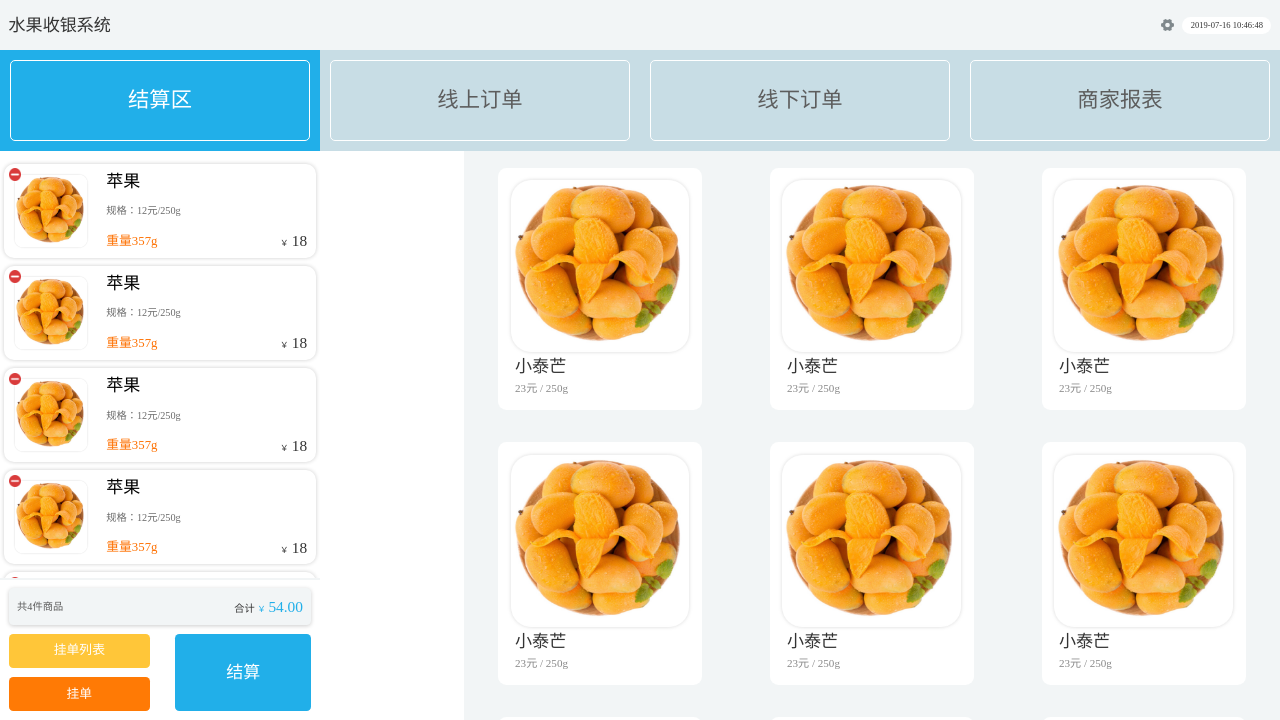
Repository: missing-star/fruit
Page: index.html
An editor plug-in stored every save of this project. The page is shown before and after the next save, followed by the edit.
The browser window is 1280 px wide. The pictures show the whole page.
The page's requests for data from a server got no answer. An inner scrolling area shows only its first screen.

Above is the page before, as saved 2019-07-16 11:55:18.

### index.html
<!DOCTYPE html>
<html lang="en">

<head>
    <meta charset="UTF-8">
    <meta name="viewport" content="width=device-width, initial-scale=1.0">
    <meta http-equiv="X-UA-Compatible" content="ie=edge">
    <title>水果收银系统</title>
    <link rel="stylesheet" href="./css/index.css">
</head>

<body>
    <div id="app" v-cloak>
        <header class="title-bar">
            <p class="title">水果收银系统</p>
            <div class="right-part-show">
                <img @click="showDialog(4)" src="./images/setting.png" alt="设置" class="setting-icon">
                <p class="show-current-time">{{currentTime}}</p>
            </div>
        </header>
        <ul class="category-tab">
            <li class="category-item" :class="{active:currentIndex == 0}" @click="switchTab(0)">
                <p class="category-title">结算区</p>
            </li>
            <li class="category-item" :class="{active:currentIndex == 1}" @click="switchTab(1)">
                <p class="category-title">线上订单</p>
            </li>
            <li class="category-item" :class="{active:currentIndex == 2}" @click="switchTab(2)">
                <p class="category-title">线下订单</p>
            </li>
            <li class="category-item" :class="{active:currentIndex == 3}" @click="switchTab(3)">
                <p class="category-title">商家报表</p>
            </li>
        </ul>
        <!-- 结算区 -->
        <div v-show="currentIndex == 0" class="main-content">
            <div class="operation-wrapper">
                <ul class="goods-list-wrapper">
                    <li v-for="n in 10" class="goods-item">
                        <div class="goods-pic-wrapper">
                            <span class="delete-icon pointer"></span>
                            <img src="./images/goods.png" class="goods-pic">
                        </div>
                        <div class="goods-detail">
                            <p class="goods-title">苹果</p>
                            <p class="goods-spec">规格：12元/250g</p>
                            <p class="goods-money">
                                <span class="goods-weight">重量357g</span>
                                <span class="goods-price">
                                    <i class="money-icon black">￥</i>
                                    <i class="money-number black">18</i>
                                </span>
                            </p>
                        </div>
                    </li>
                </ul>
                <div class="calculator-scope">
                    <div class="show-total-money">
                        <p class="total-title">共4件商品</p>
                        <p class="total-money">
                            <span class="money-title">合计</span>
                            <span class="show-money">
                                <i class="money-icon blue">￥</i>
                                <i class="money-number blue">54.00</i>
                            </span>
                        </p>
                    </div>
                    <div class="operation-group">
                        <div class="left-part">
                            <button @click="showDialog(0)" class="order-list pointer">挂单列表</button>
                            <button class="go-order pointer">挂单</button>
                        </div>
                        <button @click="showDialog(1)" class="right-part pointer">
                            结算
                        </button>
                    </div>
                </div>
            </div>
            <div class="goods-choice-wrapper">
                <ul class="goods-category-wrapper">
                    <li @click="switchSubTab(item.categoryCode)" :class="{active:subCurrentIndex == item.categoryCode}" :key="item.categoryCode" v-for="item in categoryList"
                        class="goods-category-item pointer">
                        {{item.categoryName}}
                    </li>
                </ul>
                <ul class="goods-choice-list">
                    <li v-for="n in 20" class="goods-choice-item">
                        <img src="./images/goods.png" class="goods-show-pic">
                        <p class="goods-desc">
                            <span class="goods-name">小泰芒</span>
                            <span class="price-weight">23元 / 250g</span>
                        </p>
                    </li>
                </ul>
            </div>
        </div>
        <!-- 线上订单 -->
        <div v-show="currentIndex == 1" class="main-content">
            <div class="operation-wrapper">
                <ul class="tab-wrapper">
                    <li @click="switchOnlineTab(0)" :class="{active:onlineCurrentIndex == 0}" class="tab-item pointer">
                        未接单</li>
                    <li @click="switchOnlineTab(1)" :class="{active:onlineCurrentIndex == 1}" class="tab-item pointer">
                        已接单</li>
                </ul>
                <div class="order-list-wrapper">
                    <ul v-show="onlineCurrentIndex == 0" class="accept-wrapper">
                        <li @click="getOrderDetail(0,n)" v-for="n in 20" class="order-item pointer"
                            :class="{active:currentOrder == n && onlineCurrentIndex == 0}">
                            <img src="./images/goods.png" class="order-goods-pic">
                            <div class="order-detail">
                                <p class="order-number">单号：12365425</p>
                                <p class="order-date">2019-05-22 12:22:22</p>
                            </div>
                            <button class="post-way self">自取</button>
                        </li>
                    </ul>
                    <ul v-show="onlineCurrentIndex == 1" class="accept-wrapper">
                        <li @click="getOrderDetail(1,n)" v-for="n in 20" class="order-item pointer"
                            :class="{active:currentOrder == n && onlineCurrentIndex == 1}">
                            <img src="./images/goods.png" class="order-goods-pic">
                            <div class="order-detail">
                                <p class="order-number">单号：12365425</p>
                                <p class="order-date">2019-05-22 12:22:22</p>
                            </div>
                            <button class="post-way post">自取</button>
                        </li>
                    </ul>
                </div>
            </div>
            <div class="order-detail-wrapper">
                <!-- 倒三角 -->
                <div class="triangle"></div>
                <div class="user-info">
                    <div class="user-address info-part">
                        <img src="./images/location.png" class="location">
                        <div class="address-detail">
                            <p class="address">江苏省南京市江宁区泥塘小区2栋1306室</p>
                            <p class="user-detail">张三 13526987415</p>
                        </div>
                    </div>
                    <div class="user-comment info-part">
                        <p class="comment-title">备注</p>
                        <p class="user-detail">多放水果</p>
                    </div>
                </div>
                <ul class="order-detail-goods-list-wrapper">
                    <li v-for="n in 30" class="order-detail-goods-item">
                        <img src="./images/goods.png" class="order-detail-goods-pic">
                        <div class="order-detail-goods-detail">
                            <p class="title">小泰芒500g</p>
                            <p class="number-money">
                                <span class="goods-num">× 1</span>
                                <span class="goods-price">
                                    <i class="money-icon black">￥</i>
                                    <i class="money-number black">18</i>
                                </span>
                            </p>
                        </div>
                    </li>
                </ul>
                <div class="ticket-print-wrapper">
                    <div class="is-in-shop">
                        <div class="checkbox-wrapper">
                            <div class="checkbox-inner"></div>
                        </div>
                        <span class="check-titl">到店自取</span>
                    </div>
                    <div class="right-calculator">
                        <p class="calculator-title">合计</p>
                        <span class="goods-price">
                            <i class="money-icon blue">￥</i>
                            <i class="money-number blue">18</i>
                        </span>
                        <button class="print-action pointer" @click="printTick">打印小票</button>
                    </div>
                </div>
            </div>
        </div>
        <!-- 线下订单 -->
        <div v-show="currentIndex == 2" class="main-content">
            <div class="operation-wrapper">
                <ul class="tab-wrapper">
                    <li @click="switchOfflineTab(0)" :class="{active:offlineCurrentIndex == 0}" class="tab-item pointer">
                        未支付</li>
                    <li @click="switchOfflineTab(1)" :class="{active:offlineCurrentIndex == 1}" class="tab-item pointer">
                        已支付</li>
                </ul>
                <div class="order-list-wrapper">
                    <ul v-show="offlineCurrentIndex == 0" class="accept-wrapper">
                        <li @click="getOrderDetailOffline(0,n)" v-for="n in 20" class="order-item pointer"
                            :class="{active:currentOrderOffline == n && offlineCurrentIndex == 0}">
                            <img src="./images/goods.png" class="order-goods-pic">
                            <div class="order-detail">
                                <p class="order-number">单号：12365425</p>
                                <p class="order-date">2019-05-22 12:22:22</p>
                            </div>
                            <button class="post-way self">自取</button>
                        </li>
                    </ul>
                    <ul v-show="offlineCurrentIndex == 1" class="accept-wrapper">
                        <li @click="getOrderDetailOffline(1,n)" v-for="n in 20" class="order-item pointer"
                            :class="{active:currentOrderOffline == n && offlineCurrentIndex == 1}">
                            <img src="./images/goods.png" class="order-goods-pic">
                            <div class="order-detail">
                                <p class="order-number">单号：12365425</p>
                                <p class="order-date">2019-05-22 12:22:22</p>
                            </div>
                            <button class="post-way post">自取</button>
                        </li>
                    </ul>
                </div>
            </div>
            <div class="order-detail-wrapper">
                <!-- 倒三角 -->
                <div class="triangle"></div>
                <ul class="order-detail-goods-list-wrapper offline">
                    <li v-for="n in 30" class="order-detail-goods-item">
                        <img src="./images/goods.png" class="order-detail-goods-pic">
                        <div class="order-detail-goods-detail">
                            <p class="title">小泰芒500g</p>
                            <p class="number-money">
                                <span class="goods-num">× 1</span>
                                <span class="goods-price">
                                    <i class="money-icon black">￥</i>
                                    <i class="money-number black">18</i>
                                </span>
                            </p>
                        </div>
                    </li>
                </ul>
                <div class="ticket-print-wrapper offline">
                    <div class="right-calculator">
                        <p class="calculator-title">实付</p>
                        <span class="goods-price">
                            <i class="money-icon blue">￥</i>
                            <i class="money-number blue">18</i>
                        </span>
                        <button @click="showDialog(2)" class="print-action pointer">查看付款码</button>
                    </div>
                </div>
            </div>
        </div>
        <div v-show="currentIndex == 3" class="main-content">

        </div>
        <!-- dialog -->
        <div class="dialog-wrapper" :class="{active:isShowDialog}">
            <div class="dialog-mask"></div>
            <div class="dialog-main-content" :class="{active:isShowDialog,medium:dialogIndex == 3 || dialogIndex == 4}">
                <div class="dialog-title-wrapper">
                    <p class="dialog-title">{{dialogTitle}}</p>
                    <button @click="closeDialog" class="dialog-close pointer">×</button>
                </div>
                <!-- 挂单 -->
                <div v-show="dialogIndex == 0" class="order-list-wrapper dialog">
                    <div class="order-list-left">
                        <p class="order-list-title">挂单列表</p>
                        <ul class="order-list">
                            <li @click="getOrderDetailDialog(n)" v-for="n in 20" class="order-item dialog pointer"
                                :class="{active:currentOrderDialog == n}">
                                <p class="order-number dialog">单号：12365425</p>
                                <p class="order-time dialog">2019-05-13 12:22:22</p>
                            </li>
                        </ul>
                    </div>
                    <div class="order-list-right">
                        <!-- 倒三角 -->
                        <div class="triangle deep"></div>
                        <ul class="order-detail-goods-list-wrapper dialog">
                            <li v-for="n in 30" class="order-detail-goods-item dialog">
                                <img src="./images/goods.png" class="order-detail-goods-pic">
                                <div class="order-detail-goods-detail">
                                    <p class="title">小泰芒500g</p>
                                    <div class="number-money">
                                        <span class="goods-total-weight">重量：1kg</span>
                                        <p class="price-and-weight">
                                            <span class="single-price">
                                                ¥ 13/500g
                                            </span>
                                            <span class="goods-price">
                                                <i class="money-icon black">￥</i>
                                                <i class="money-number black">18</i>
                                            </span>
                                        </p>
                                    </div>
                                </div>
                            </li>
                        </ul>
                        <div class="order-operation">
                            <button class="delete-order pointer nowrap">删除</button>
                            <button @click="showDialog(1)" class="next pointer nowrap">继续</button>
                        </div>
                    </div>
                </div>
                <!-- 结算 -->
                <div v-show="dialogIndex == 1" class="order-list-wrapper dialog">
                    <div class="order-list-left calculator">
                        <div class="order-total-money-wrapper">
                            <p class="total-money-title">订单总额</p>
                            <div class="total-money">30.00</div>
                        </div>
                        <div class="order-info-wrapper">
                            <p class="order-info title">基本信息</p>
                            <div class="order-info wrapper">
                                <p class="order-info number">订单号：123654</p>
                                <p class="order-info deal-pay">处理方式：线下订单</p>
                            </div>
                        </div>
                        <button @click="showDialog(2)" class="go-cash pointer">结算</button>
                    </div>
                    <div class="order-list-right calculator">
                        <ul class="order-detail-goods-list-wrapper dialog">
                            <li v-for="n in 30" class="order-detail-goods-item dialog">
                                <img src="./images/goods.png" class="order-detail-goods-pic">
                                <div class="order-detail-goods-detail">
                                    <p class="title">小泰芒500g</p>
                                    <div class="number-money">
                                        <span class="goods-total-weight">重量：1kg</span>
                                        <p class="price-and-weight">
                                            <span class="single-price">
                                                ¥ 13/500g
                                            </span>
                                            <span class="goods-price">
                                                <i class="money-icon black">￥</i>
                                                <i class="money-number black">18</i>
                                            </span>
                                        </p>
                                    </div>
                                </div>
                            </li>
                        </ul>
                    </div>
                </div>
                <!-- 扫码 -->
                <div v-show="dialogIndex == 2" class="order-list-wrapper dialog column">
                    <div class="qrcode-wrapper">
                        <div class="qrcode-wrapper-item">
                            <div class="qrcode-show-wrapper">
                                <div class="corner left top"></div>
                                <div class="corner left bottom"></div>
                                <div class="corner right top"></div>
                                <div class="corner right bottom"></div>
                            </div>
                            <div class="scan-tips">
                                <img src="./images/wechat.png" class="scan-icon">
                                <p class="scan-tips-title">微信扫一扫</p>
                            </div>
                        </div>
                        <div class="qrcode-wrapper-item">
                            <div class="qrcode-show-wrapper">
                                <div class="corner left top"></div>
                                <div class="corner left bottom"></div>
                                <div class="corner right top"></div>
                                <div class="corner right bottom"></div>
                            </div>
                            <div class="scan-tips">
                                <img src="./images/alipay.png" class="scan-icon">
                                <p class="scan-tips-title">支付宝扫一扫</p>
                            </div>
                        </div>
                    </div>
                    <div class="total-money-wrapper">
                        <button class="total-money dialog">
                            <span class="money">￥26.00</span>
                            <span class="money-tips">总额</span>
                        </button>
                        <p class="show-order-number">订单号：123654</p>
                    </div>
                </div>
                <!-- 非水果商品 -->
                <div v-show="dialogIndex == 3" class="order-list-wrapper dialog column white">
                    <div class="input-wrapper">
                        <div class="input-item">
                            <label class="input-title">单价：</label>
                            <input type="number" class="input-content">
                        </div>
                        <div class="input-item">
                            <label class="input-title">数量：</label>
                            <input type="text" class="input-content">
                        </div>
                    </div>
                    <button class="confirm">确定</button>
                </div>
                <!-- 设置 -->
                <div v-show="dialogIndex == 4" class="order-list-wrapper dialog column white">
                    <div class="open-fruit-distinguish-wrapper">
                        <p class="distinguish-title">是否开启水果识别</p>
                        <div @click="toggleOpen" class="switch-wrapper pointer" :class="{active:isOpen}">
                            <div class="switch-dot" :class="{active:isOpen}"></div>
                        </div>
                    </div>
                    <button class="save-open pointer">保存</button>
                </div>
            </div>
        </div>
        <!-- video-player -->
        <video ref="videoPlayer" width="480" height="320" style="display: none;"></video>
    </div>
    <script src="https://cdn.bootcss.com/vue/2.6.10/vue.js"></script>
    <script src="./js/qs.min.js"></script>
    <script src="./js/axios.min.js"></script>
    <script src="./js/index.js"></script>
</body>

</html>

Loaded but not shown: js/qs.min.js (library); js/axios.min.js (library); js/index.js (331 lines, source omitted); css/index.css (1098 lines, source omitted)

After the next save:
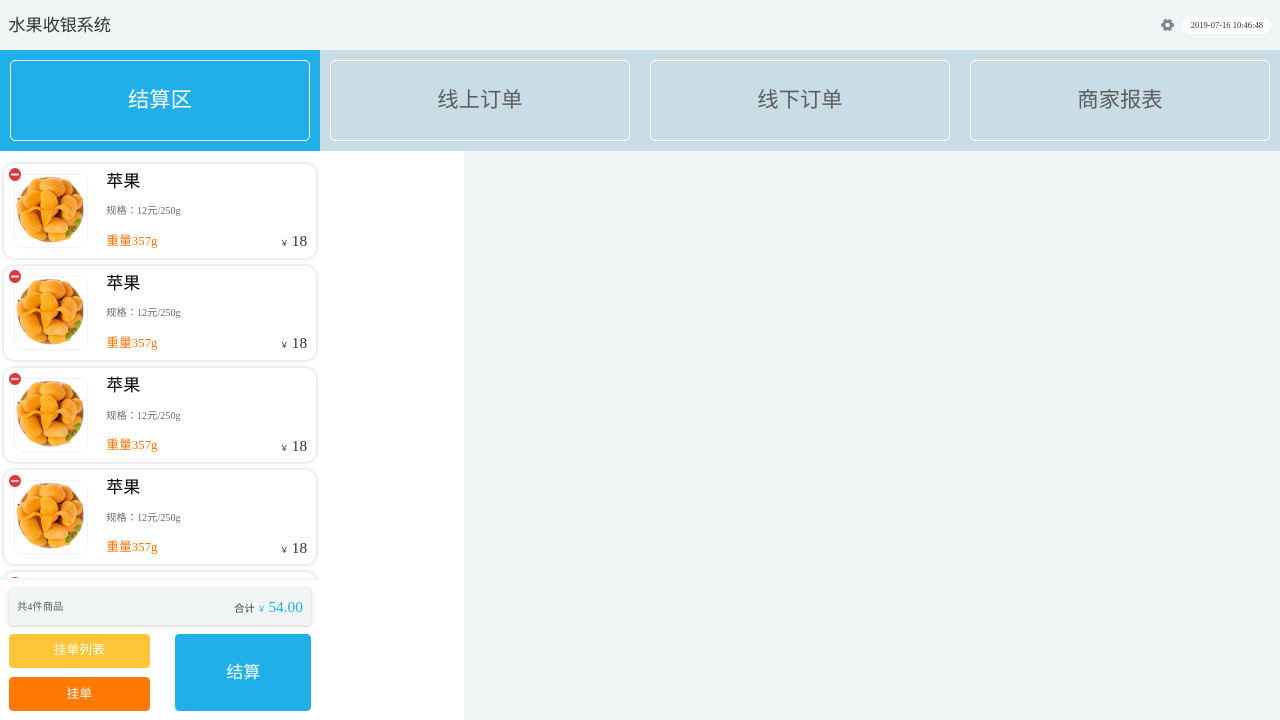
Saved 12 s later.
--- a/index.html
+++ b/index.html
@@ -84,11 +84,11 @@
                     </li>
                 </ul>
                 <ul class="goods-choice-list">
-                    <li v-for="n in 20" class="goods-choice-item">
-                        <img src="./images/goods.png" class="goods-show-pic">
+                    <li :key="item.id" v-for="item in goodsList" class="goods-choice-item">
+                        <img :src="item.productPic1" class="goods-show-pic">
                         <p class="goods-desc">
-                            <span class="goods-name">小泰芒</span>
-                            <span class="price-weight">23元 / 250g</span>
+                            <span class="goods-name">{{item.productName}}</span>
+                            <span class="price-weight">{{item.productPrice}}元 / 250g</span>
                         </p>
                     </li>
                 </ul>
